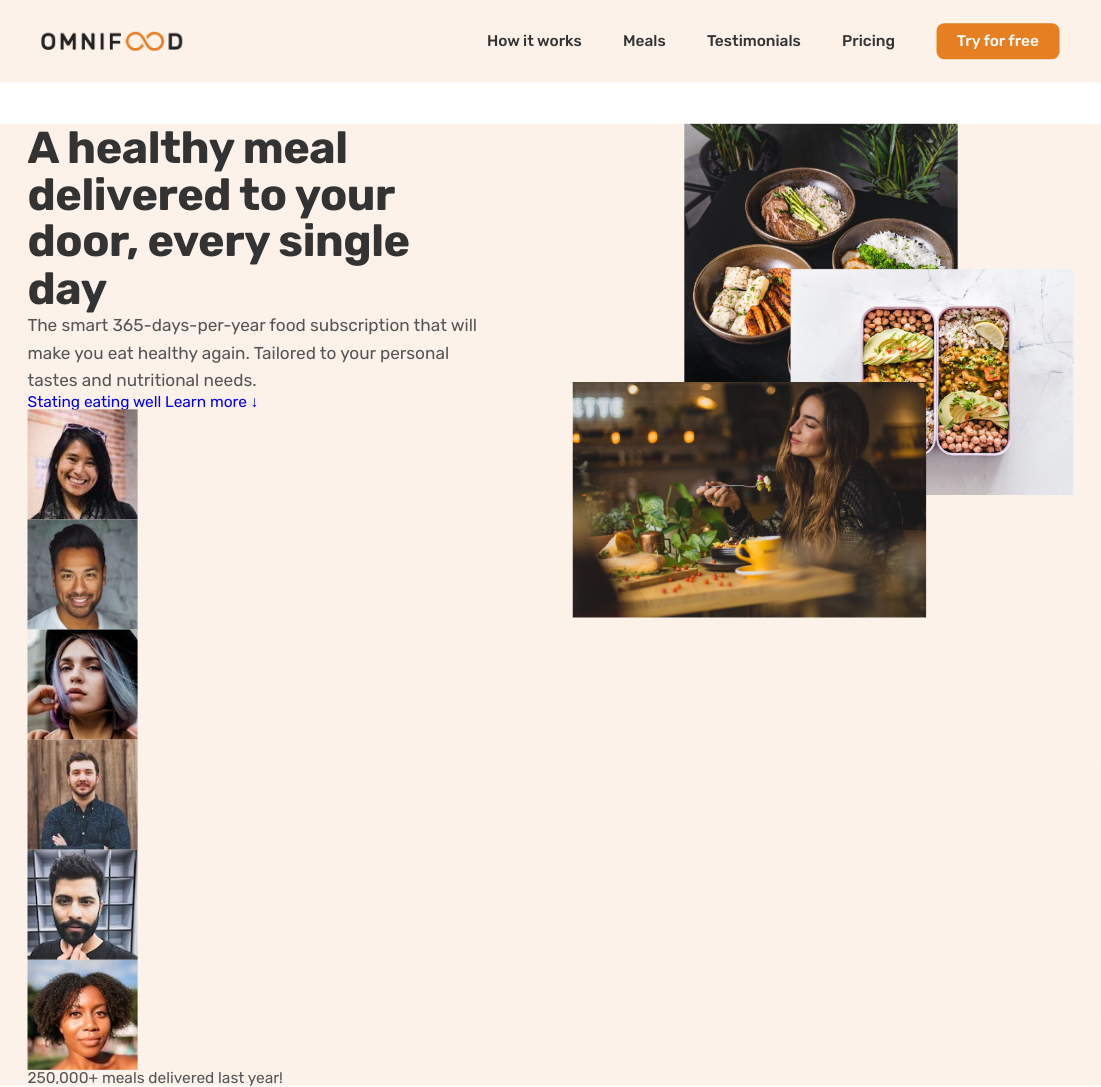
Repository: longvuht/omnifood-vu-nl
Page: index.html
The author's editor kept a copy of each file at every save. The page is drawn from the files as they stood at one save, then again after the next save.
The browser window is 1280 px wide. The pictures show the whole page, at 86% of full size.
The style sheet was rebuilt from its Sass, Less or Tailwind sources for each picture, by a compiler version that may differ from the author's.

Above is the page before, as saved 2022-09-18 18:02:04.

After the next save:
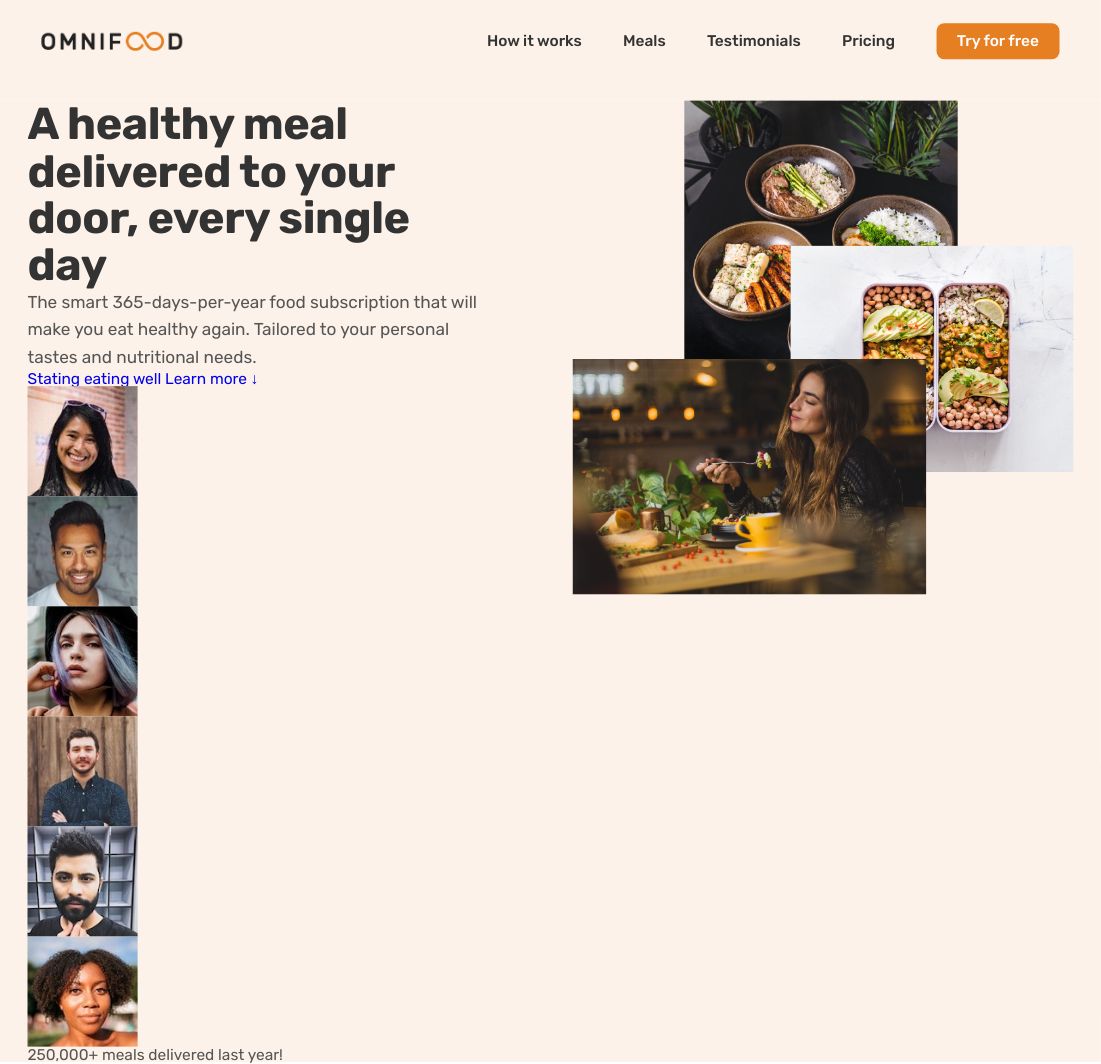
Saved 14 s later.
--- a/sass/_header.scss
+++ b/sass/_header.scss
@@ -1,11 +1,11 @@
 .header {
-  padding-bottom: 4.8rem;
   &__container {
     padding: 2.7rem 4.8rem;
     display: flex;
     justify-content: space-between;
     align-items: center;
     background-color: $primary-color;
+    padding-bottom: 4.8rem;
   }
   &__image {
     height: 2.2rem;
